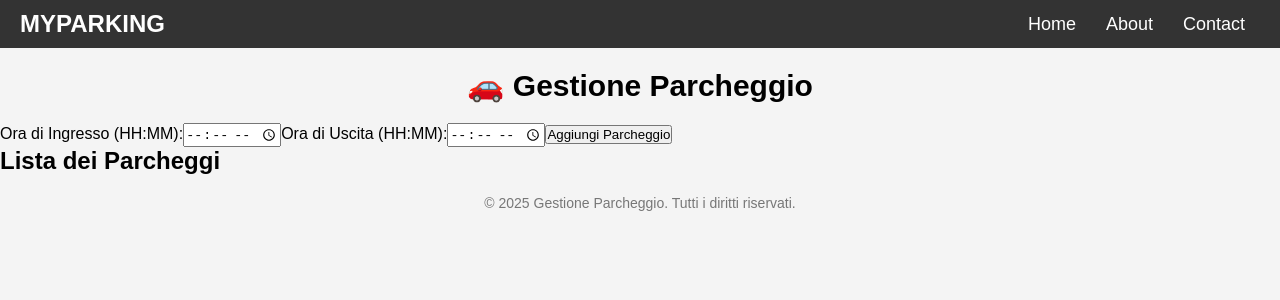
Repository: Probyte5D/ParcheggioApp
Page: / (app in frontend/)
The author's editor kept a copy of each file at every save. The page is drawn from the files as they stood at one save, then again after the next save.
The browser window is 1280 px wide. The pictures show the whole page.
The page's requests for data from a server got no answer. The project was rebuilt for these pictures with package versions that can differ from the ones it lists, and the page was loaded fresh each time. No one was signed in, and anything a server would have sent is missing.

Above is the page before, as saved 2025-04-28 19:27:54.

### frontend/src/App.js
import React, { useEffect, useState } from 'react';
import Header from './components/Header';
import Navbar from './components/Navbar';
import ParkingForm from './components/ParkingForm';
import ParkingList from './components/ParkingList';
import Footer from './components/Footer';
import './App.css';
import axios from 'axios';

function App() {
  const [parcheggi, setParcheggi] = useState([]);

  const caricaParcheggi = async () => {
    try {
        const response = await axios.get('/parcheggio/tutti'); // Use the correct endpoint
        setParcheggi(response.data);
    } catch (error) {
        console.error("Error loading parking spots", error);
    }
};

  useEffect(() => {
    caricaParcheggi();
  }, []);

  const aggiungiParcheggio = async (oraIngresso, oraUscita) => {
    await axios.post('/api/parcheggi', { oraIngresso, oraUscita });
    caricaParcheggi();
  };

  return (
    <div className="App">
      <Navbar />
      <Header />
      <ParkingForm onAdd={aggiungiParcheggio} />
      <ParkingList parcheggi={parcheggi} />
      <Footer />
    </div>
  );
}

export default App;

### frontend/src/components/Header.jsx
import React from 'react';

function Header() {
  return (
    <header style={{ padding: '20px 0', textAlign: 'center', fontSize: '30px', fontWeight: 'bold' }}>
      🚗 Gestione Parcheggio
    </header>
  );
}

export default Header;

### frontend/src/components/Navbar.jsx
import React, { useState } from 'react';
import './Navbar.css';

function Navbar() {
  const [menuOpen, setMenuOpen] = useState(false);

  const toggleMenu = () => {
    setMenuOpen(!menuOpen);
  };

  return (
    <nav className="navbar">
      <div className="navbar-container">
        <a href="/" className="navbar-logo">
          MyParking
        </a>
        <ul className={`navbar-links ${menuOpen ? 'active' : ''}`}>
          <li><a href="/home">Home</a></li>
          <li><a href="/about">About</a></li>
          <li><a href="/contact">Contact</a></li>
        </ul>
        <div className="navbar-menu-icon" onClick={toggleMenu}>
          &#9776; {/* Questo è il simbolo dell'icona hamburger */}
        </div>
      </div>
    </nav>
  );
}

export default Navbar;

### frontend/src/components/ParkingForm.jsx
import React, { useState } from 'react';

function ParkingForm({ onAdd }) {
  const [oraIngresso, setOraIngresso] = useState('');
  const [oraUscita, setOraUscita] = useState('');

  const handleSubmit = (e) => {
    e.preventDefault();
    if (oraIngresso && oraUscita) {
      onAdd(oraIngresso, oraUscita);
      setOraIngresso('');
      setOraUscita('');
    }
  };

  return (
    <form onSubmit={handleSubmit}>
      <label>Ora di Ingresso (HH:MM):</label>
      <input type="time" value={oraIngresso} onChange={(e) => setOraIngresso(e.target.value)} required />

      <label>Ora di Uscita (HH:MM):</label>
      <input type="time" value={oraUscita} onChange={(e) => setOraUscita(e.target.value)} required />

      <button type="submit">Aggiungi Parcheggio</button>
    </form>
  );
}

export default ParkingForm;

### frontend/src/components/ParkingList.jsx
import React from 'react';

function ParkingList({ parcheggi }) {
  return (
    <div>
      <h2 className="ListaParcheggiTitle">Lista dei Parcheggi</h2>
      <ul>
        {parcheggi.map((p) => (
          <li key={p.id}>
            ID: {p.id}, Ora Ingresso: {p.oraIngresso}, Ora Uscita: {p.oraUscita}, Durata: {p.durata} min, Costo: €{p.costo}
          </li>
        ))}
      </ul>
    </div>
  );
}

export default ParkingList;

### frontend/src/components/Footer.jsx
import React from 'react';

function Footer() {
  return (
    <footer style={{ marginTop: '20px', textAlign: 'center', fontSize: '14px', color: '#777' }}>
      © 2025 Gestione Parcheggio. Tutti i diritti riservati.
    </footer>
  );
}

export default Footer;

### frontend/src/App.css
/* App.css: stili generali e layout principale */
* {
  margin: 0;
  padding: 0;
  box-sizing: border-box;
}

html{
  font-size: 62,5%;
}

body {
  font-family: Arial, sans-serif;
  background-color: #f4f4f4;
}

.App {
  display: flex;
  flex-direction: column;
  min-height: 100vh;
}

### frontend/src/components/Navbar.css
/* Stile generale della navbar */
.navbar {
  background-color: #333; /* Colore di sfondo */
  overflow: hidden; /* Assicurati che gli elementi della navbar non fuoriescano */
  position: sticky; /* La navbar resta visibile quando si scorre */
  top: 0;
  width: 100%;
  z-index: 1000;
}

/* Stile per il contenitore della navbar */
.navbar-container {
  display: flex; /* Usa il flexbox per allineare gli elementi orizzontalmente */
  justify-content: space-between; /* Distanza tra i diversi gruppi di elementi */
  align-items: center; /* Allinea gli elementi verticalmente */
  padding: 10px 20px; /* Padding interno per dare spazio */
}

/* Logo nella navbar */
.navbar-logo {
  font-size: 24px; /* Impostazione della dimensione del logo */
  color: #fff; /* Colore del testo del logo */
  font-weight: bold; /* Logo in grassetto */
  text-transform: uppercase; /* Per rendere il logo in maiuscolo */
  text-decoration: none; /* Rimuove la sottolineatura */
}

/* Links della navbar */
.navbar-links {
  display: flex; /* Disporre i link orizzontalmente */
  list-style: none; /* Rimuove i pallini dei list-item */
  margin: 0; /* Rimuove i margini */
  padding: 0; /* Rimuove il padding */
}

/* Stile per ciascun link */
.navbar-links li {
  margin: 0 15px; /* Distanza tra i link */
}

/* Stile per i link */
.navbar-links a {
  color: #fff; /* Colore bianco per il testo */
  font-size: 18px; /* Dimensione del font */
  text-decoration: none; /* Rimuove la sottolineatura */
  transition: color 0.3s ease; /* Transizione per il colore al passaggio del mouse */
}

.navbar-links a:hover {
  color: #f39c12; /* Colore arancione quando il mouse passa sopra */
}

/* Stile del menu hamburger per mobile */
.navbar-menu-icon {
  display: none; /* Nascosto per dispositivi desktop */
  font-size: 30px;
  color: #fff;
  cursor: pointer;
}

/* Media query per dispositivi mobili */
@media (max-width: 768px) {
  .navbar-container {
    flex-direction: column; /* Imposta gli elementi in colonna sui dispositivi mobili */
    align-items: flex-start; /* Allinea a sinistra gli elementi */
  }

  /* Nascondi i link di navigazione di default */
  .navbar-links {
    display: none;
    width: 100%;
    flex-direction: column; /* Aggiungi disposizione verticale per il menu */
    padding: 10px 0;
  }

  /* Aggiungi margine ai link nel mobile */
  .navbar-links li {
    margin: 10px 0;
  }

  /* Mostra il menu quando cliccato */
  .navbar-links.active {
    display: flex;
  }

  /* Mostra l'icona del menu hamburger sui dispositivi mobili */
  .navbar-menu-icon {
    display: block;
  }
}

Loaded but not shown: frontend/public/index.html (common file); frontend/src/index.js (common file); frontend/src/index.css (common file); frontend/src/reportWebVitals.js (common file)

After the next save:
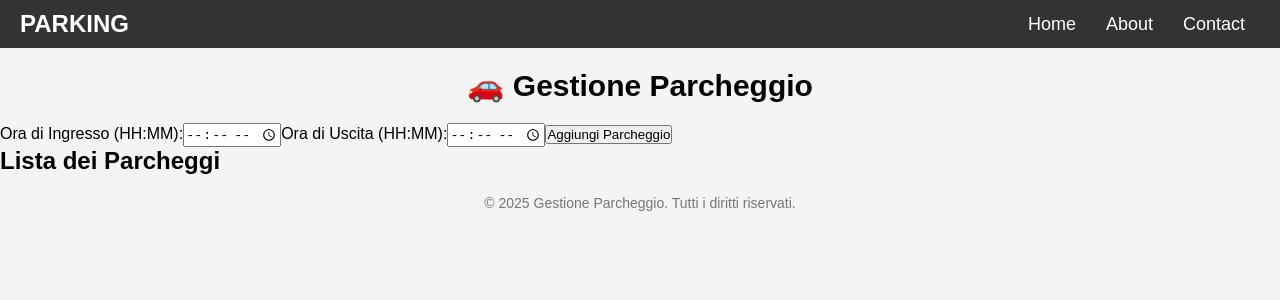
Saved 24 s later.
--- a/frontend/src/components/Navbar.jsx
+++ b/frontend/src/components/Navbar.jsx
@@ -12,7 +12,7 @@ function Navbar() {
     <nav className="navbar">
       <div className="navbar-container">
         <a href="/" className="navbar-logo">
-          MyParking
+          Parking
         </a>
         <ul className={`navbar-links ${menuOpen ? 'active' : ''}`}>
           <li><a href="/home">Home</a></li>
